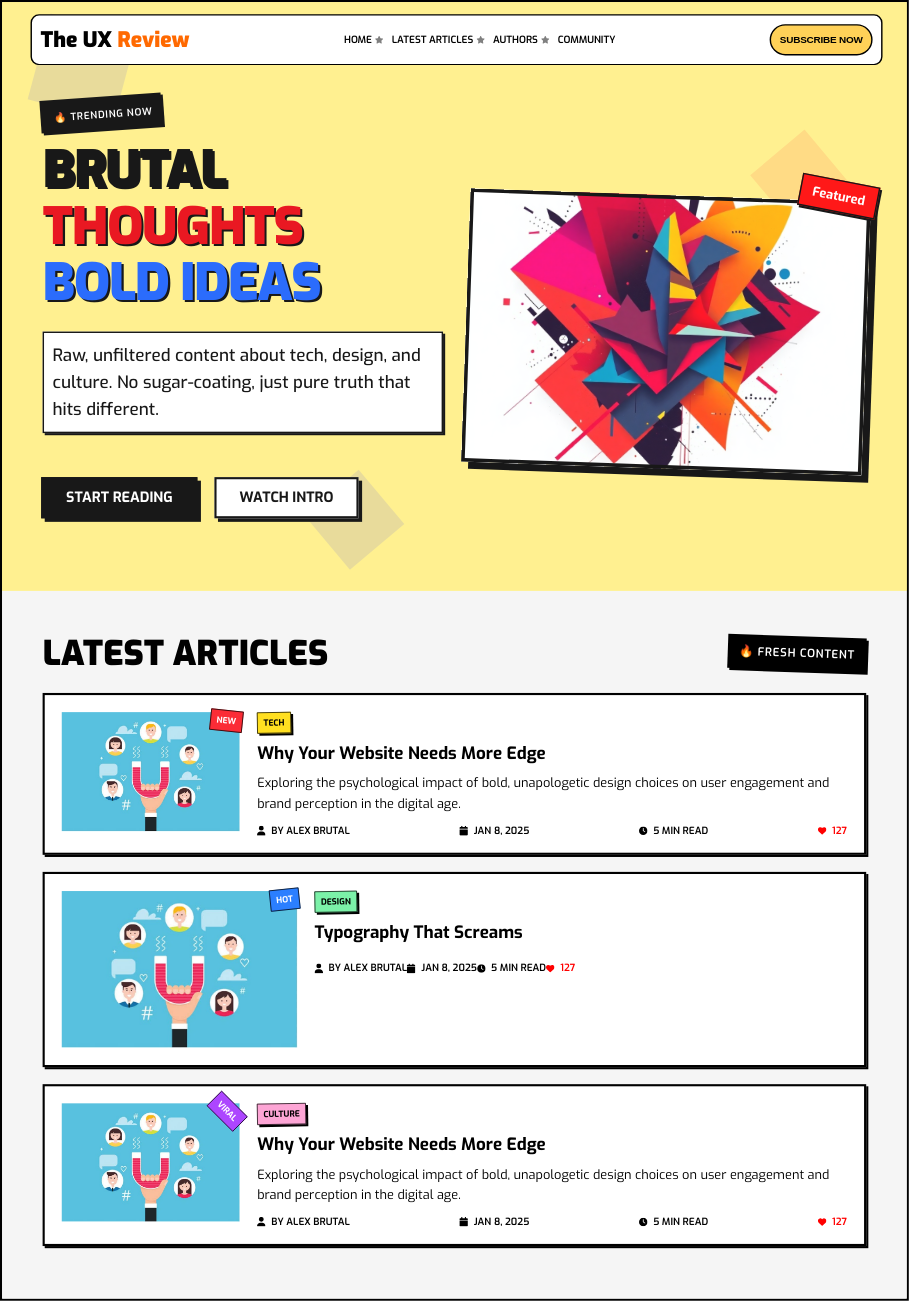
Repository: abdobadawi-ops/Route-Academy-Assignments
Page: Fourth Assignment - the-ux-review-blog/test.html
These files come from the project's save history. The page is drawn as it stood at one moment and after the next save; the edit follows.
The browser window is 1280 px wide. The pictures show the whole page, at 71% of full size.

Above is the page before, as saved 2026-05-13 02:27:04.

### Fourth Assignment - the-ux-review-blog/test.html
<!doctype html>
<html lang="en">
  <head>
    <meta charset="UTF-8" />
    <meta name="viewport" content="width=device-width, initial-scale=1.0" />
    <title>test</title>
    <link rel="preconnect" href="https://fonts.googleapis.com" />
    <link rel="preconnect" href="https://fonts.gstatic.com" crossorigin />
    <link
      href="https://fonts.googleapis.com/css2?family=Exo:ital,wght@0,100..900;1,100..900&display=swap"
      rel="stylesheet"
    />
    <link rel="stylesheet" href="./test.css" />
  </head>
  <body>
    <header class="header">
      <div class="container header__container">
        <div class="logo">
          <span class="logo-text">The UX </span>
          <span class="logo-text logo-text--orange"> Review</span>
        </div>

        <nav class="navbar">
          <ul class="navbar__links">
            <li>
              <a class="navbar__link" href="#">home</a>
              <svg
                class="svg-inline--fa fa-star text-xs text-gray-300 ml-4"
                aria-hidden="true"
                focusable="false"
                data-prefix="fas"
                data-icon="star"
                role="img"
                xmlns="http://www.w3.org/2000/svg"
                viewBox="0 0 576 512"
                data-fa-i2svg=""
              >
                <path
                  fill="currentColor"
                  d="M316.9 18C311.6 7 300.4 0 288.1 0s-23.4 7-28.8 18L195 150.3 51.4 171.5c-12 1.8-22 10.2-25.7 21.7s-.7 24.2 7.9 32.7L137.8 329 113.2 474.7c-2 12 3 24.2 12.9 31.3s23 8 33.8 2.3l128.3-68.5 128.3 68.5c10.8 5.7 23.9 4.9 33.8-2.3s14.9-19.3 12.9-31.3L438.5 329 542.7 225.9c8.6-8.5 11.7-21.2 7.9-32.7s-13.7-19.9-25.7-21.7L381.2 150.3 316.9 18z"
                ></path>
              </svg>
            </li>
            <li>
              <a class="navbar__link" href="#latest-articles"
                >Latest articles</a
              >
              <svg
                class="svg-inline--fa fa-star text-xs text-gray-300 ml-4"
                aria-hidden="true"
                focusable="false"
                data-prefix="fas"
                data-icon="star"
                role="img"
                xmlns="http://www.w3.org/2000/svg"
                viewBox="0 0 576 512"
                data-fa-i2svg=""
              >
                <path
                  fill="currentColor"
                  d="M316.9 18C311.6 7 300.4 0 288.1 0s-23.4 7-28.8 18L195 150.3 51.4 171.5c-12 1.8-22 10.2-25.7 21.7s-.7 24.2 7.9 32.7L137.8 329 113.2 474.7c-2 12 3 24.2 12.9 31.3s23 8 33.8 2.3l128.3-68.5 128.3 68.5c10.8 5.7 23.9 4.9 33.8-2.3s14.9-19.3 12.9-31.3L438.5 329 542.7 225.9c8.6-8.5 11.7-21.2 7.9-32.7s-13.7-19.9-25.7-21.7L381.2 150.3 316.9 18z"
                ></path>
              </svg>
            </li>
            <li>
              <a class="navbar__link" href="#">authors</a>
              <svg
                class="svg-inline--fa fa-star text-xs text-gray-300 ml-4"
                aria-hidden="true"
                focusable="false"
                data-prefix="fas"
                data-icon="star"
                role="img"
                xmlns="http://www.w3.org/2000/svg"
                viewBox="0 0 576 512"
                data-fa-i2svg=""
              >
                <path
                  fill="currentColor"
                  d="M316.9 18C311.6 7 300.4 0 288.1 0s-23.4 7-28.8 18L195 150.3 51.4 171.5c-12 1.8-22 10.2-25.7 21.7s-.7 24.2 7.9 32.7L137.8 329 113.2 474.7c-2 12 3 24.2 12.9 31.3s23 8 33.8 2.3l128.3-68.5 128.3 68.5c10.8 5.7 23.9 4.9 33.8-2.3s14.9-19.3 12.9-31.3L438.5 329 542.7 225.9c8.6-8.5 11.7-21.2 7.9-32.7s-13.7-19.9-25.7-21.7L381.2 150.3 316.9 18z"
                ></path>
              </svg>
            </li>
            <li>
              <a class="navbar__link" href="#">community</a>
            </li>
          </ul>
        </nav>

        <button class="header__supscribe-button">Subscribe Now</button>
      </div>
    </header>

    <section class="hero">
      <div class="container hero__container">
        <div class="hero__text-box">
          <h1 class="hero__primary-title">
            <span class="hero__title-word hero__title-word--black">Brutal</span>
            <span class="hero__title-word hero__title-word--red">Thoughts</span>
            <span class="hero__title-word hero__title-word--blue"
              >Bold Ideas</span
            >
          </h1>
          <p class="hero__description">
            Raw, unfiltered content about tech, design, and culture. No
            sugar-coating, just pure truth that hits different.
          </p>

          <div class="hero__buttons">
            <a href="#" class="btn btn--full btn--medium">Start Reading</a>
            <a href="#" class="btn btn--outline btn--medium">Watch Intro</a>
          </div>
        </div>

        <div class="hero__img-box">
          <div class="hero__img-holder"></div>
        </div>
      </div>
      <div class="square square--red square--small square--right-top"></div>
      <div class="square square--blue square--big square--left-top"></div>
      <div
        class="square square--blue square--small square--center-bottom"
      ></div>
    </section>

    <!-- articles -->
    <section class="articles" id="latest-articles">
      <div class="container articles__container">
        <header class="articles__header">
          <h2 class="articles__main-title">LATEST ARTICLES</h2>
          <p class="articles__label">🔥 FRESH CONTENT</p>
        </header>
        <div class="articles__cards">
          <article class="articles__card articles__card-first">
            <div class="articles__img-box">
              <img
                class="articles__img"
                src="./images/user-engagement-2.jpg"
                alt="user engagement"
              />
            </div>
            <div class="articles__text-box">
              <span class="articles__tag articles__tag--yellow">Tech</span>
              <h3 class="articles__title">Why Your Website Needs More Edge</h3>
              <p class="articles__description">
                Exploring the psychological impact of bold, unapologetic design
                choices on user engagement and brand perception in the digital
                age.
              </p>
              <div class="articles__info">
                <span class="articles__card-author">
                  <svg
                    class="svg-inline--fa fa-user mr-2"
                    aria-hidden="true"
                    focusable="false"
                    data-prefix="fas"
                    data-icon="user"
                    role="img"
                    xmlns="http://www.w3.org/2000/svg"
                    viewBox="0 0 448 512"
                    data-fa-i2svg=""
                  >
                    <path
                      fill="currentColor"
                      d="M224 256A128 128 0 1 0 224 0a128 128 0 1 0 0 256zm-45.7 48C79.8 304 0 383.8 0 482.3C0 498.7 13.3 512 29.7 512H418.3c16.4 0 29.7-13.3 29.7-29.7C448 383.8 368.2 304 269.7 304H178.3z"
                    ></path>
                  </svg>

                  BY ALEX BRUTAL
                </span>
                <span class="articles__card-date">
                  <svg
                    class="svg-inline--fa fa-calendar mr-2"
                    aria-hidden="true"
                    focusable="false"
                    data-prefix="fas"
                    data-icon="calendar"
                    role="img"
                    xmlns="http://www.w3.org/2000/svg"
                    viewBox="0 0 448 512"
                    data-fa-i2svg=""
                  >
                    <path
                      fill="currentColor"
                      d="M96 32V64H48C21.5 64 0 85.5 0 112v48H448V112c0-26.5-21.5-48-48-48H352V32c0-17.7-14.3-32-32-32s-32 14.3-32 32V64H160V32c0-17.7-14.3-32-32-32S96 14.3 96 32zM448 192H0V464c0 26.5 21.5 48 48 48H400c26.5 0 48-21.5 48-48V192z"
                    ></path>
                  </svg>
                  JAN 8, 2025
                </span>
                <span class="articles__card-time">
                  <svg
                    class="svg-inline--fa fa-clock mr-2"
                    aria-hidden="true"
                    focusable="false"
                    data-prefix="fas"
                    data-icon="clock"
                    role="img"
                    xmlns="http://www.w3.org/2000/svg"
                    viewBox="0 0 512 512"
                    data-fa-i2svg=""
                  >
                    <path
                      fill="currentColor"
                      d="M256 0a256 256 0 1 1 0 512A256 256 0 1 1 256 0zM232 120V256c0 8 4 15.5 10.7 20l96 64c11 7.4 25.9 4.4 33.3-6.7s4.4-25.9-6.7-33.3L280 243.2V120c0-13.3-10.7-24-24-24s-24 10.7-24 24z"
                    ></path>
                  </svg>
                  5 MIN READ
                </span>
                <span class="articles__card-likes">
                  <svg
                    class="svg-inline--fa fa-heart mr-1"
                    aria-hidden="true"
                    focusable="false"
                    data-prefix="fas"
                    data-icon="heart"
                    role="img"
                    xmlns="http://www.w3.org/2000/svg"
                    viewBox="0 0 512 512"
                    data-fa-i2svg=""
                  >
                    <path
                      fill="currentColor"
                      d="M47.6 300.4L228.3 469.1c7.5 7 17.4 10.9 27.7 10.9s20.2-3.9 27.7-10.9L464.4 300.4c30.4-28.3 47.6-68 47.6-109.5v-5.8c0-69.9-50.5-129.5-119.4-141C347 36.5 300.6 51.4 268 84L256 96 244 84c-32.6-32.6-79-47.5-124.6-39.9C50.5 55.6 0 115.2 0 185.1v5.8c0 41.5 17.2 81.2 47.6 109.5z"
                    ></path>
                  </svg>
                  127</span
                >
              </div>
            </div>
          </article>

          <!-- second article -->
          <article class="articles__card articles__card-second">
            <div class="articles__img-box">
              <img
                class="articles__img"
                src="./images/user-engagement-2.jpg"
                alt="user engagement"
              />
            </div>
            <div class="articles__text-box">
              <span class="articles__tag articles__tag--green">Design</span>
              <h3 class="articles__title">Typography That Screams</h3>
              <p class="articles__description"></p>
              <div class="articles__info">
                <span class="articles__card-author">
                  <svg
                    class="svg-inline--fa fa-user mr-2"
                    aria-hidden="true"
                    focusable="false"
                    data-prefix="fas"
                    data-icon="user"
                    role="img"
                    xmlns="http://www.w3.org/2000/svg"
                    viewBox="0 0 448 512"
                    data-fa-i2svg=""
                  >
                    <path
                      fill="currentColor"
                      d="M224 256A128 128 0 1 0 224 0a128 128 0 1 0 0 256zm-45.7 48C79.8 304 0 383.8 0 482.3C0 498.7 13.3 512 29.7 512H418.3c16.4 0 29.7-13.3 29.7-29.7C448 383.8 368.2 304 269.7 304H178.3z"
                    ></path>
                  </svg>

                  BY ALEX BRUTAL
                </span>
                <span class="articles__card-date">
                  <svg
                    class="svg-inline--fa fa-calendar mr-2"
                    aria-hidden="true"
                    focusable="false"
                    data-prefix="fas"
                    data-icon="calendar"
                    role="img"
                    xmlns="http://www.w3.org/2000/svg"
                    viewBox="0 0 448 512"
                    data-fa-i2svg=""
                  >
                    <path
                      fill="currentColor"
                      d="M96 32V64H48C21.5 64 0 85.5 0 112v48H448V112c0-26.5-21.5-48-48-48H352V32c0-17.7-14.3-32-32-32s-32 14.3-32 32V64H160V32c0-17.7-14.3-32-32-32S96 14.3 96 32zM448 192H0V464c0 26.5 21.5 48 48 48H400c26.5 0 48-21.5 48-48V192z"
                    ></path>
                  </svg>
                  JAN 8, 2025
                </span>
                <span class="articles__card-time">
                  <svg
                    class="svg-inline--fa fa-clock mr-2"
                    aria-hidden="true"
                    focusable="false"
                    data-prefix="fas"
                    data-icon="clock"
                    role="img"
                    xmlns="http://www.w3.org/2000/svg"
                    viewBox="0 0 512 512"
                    data-fa-i2svg=""
                  >
                    <path
                      fill="currentColor"
                      d="M256 0a256 256 0 1 1 0 512A256 256 0 1 1 256 0zM232 120V256c0 8 4 15.5 10.7 20l96 64c11 7.4 25.9 4.4 33.3-6.7s4.4-25.9-6.7-33.3L280 243.2V120c0-13.3-10.7-24-24-24s-24 10.7-24 24z"
                    ></path>
                  </svg>
                  5 MIN READ
                </span>
                <span class="articles__card-likes">
                  <svg
                    class="svg-inline--fa fa-heart mr-1"
                    aria-hidden="true"
                    focusable="false"
                    data-prefix="fas"
                    data-icon="heart"
                    role="img"
                    xmlns="http://www.w3.org/2000/svg"
                    viewBox="0 0 512 512"
                    data-fa-i2svg=""
                  >
                    <path
                      fill="currentColor"
                      d="M47.6 300.4L228.3 469.1c7.5 7 17.4 10.9 27.7 10.9s20.2-3.9 27.7-10.9L464.4 300.4c30.4-28.3 47.6-68 47.6-109.5v-5.8c0-69.9-50.5-129.5-119.4-141C347 36.5 300.6 51.4 268 84L256 96 244 84c-32.6-32.6-79-47.5-124.6-39.9C50.5 55.6 0 115.2 0 185.1v5.8c0 41.5 17.2 81.2 47.6 109.5z"
                    ></path>
                  </svg>
                  127</span
                >
              </div>
            </div>
          </article>

          <!-- third article -->
          <article class="articles__card articles__card-third">
            <div class="articles__img-box">
              <img
                class="articles__img"
                src="./images/user-engagement-2.jpg"
                alt="user engagement"
              />
            </div>
            <div class="articles__text-box">
              <span class="articles__tag articles__tag--pink">Culture</span>
              <h3 class="articles__title">Why Your Website Needs More Edge</h3>
              <p class="articles__description">
                Exploring the psychological impact of bold, unapologetic design
                choices on user engagement and brand perception in the digital
                age.
              </p>
              <div class="articles__info">
                <span class="articles__card-author">
                  <svg
                    class="svg-inline--fa fa-user mr-2"
                    aria-hidden="true"
                    focusable="false"
                    data-prefix="fas"
                    data-icon="user"
                    role="img"
                    xmlns="http://www.w3.org/2000/svg"
                    viewBox="0 0 448 512"
                    data-fa-i2svg=""
                  >
                    <path
                      fill="currentColor"
                      d="M224 256A128 128 0 1 0 224 0a128 128 0 1 0 0 256zm-45.7 48C79.8 304 0 383.8 0 482.3C0 498.7 13.3 512 29.7 512H418.3c16.4 0 29.7-13.3 29.7-29.7C448 383.8 368.2 304 269.7 304H178.3z"
                    ></path>
                  </svg>

                  BY ALEX BRUTAL
                </span>
                <span class="articles__card-date">
                  <svg
                    class="svg-inline--fa fa-calendar mr-2"
                    aria-hidden="true"
                    focusable="false"
                    data-prefix="fas"
                    data-icon="calendar"
                    role="img"
                    xmlns="http://www.w3.org/2000/svg"
                    viewBox="0 0 448 512"
                    data-fa-i2svg=""
                  >
                    <path
                      fill="currentColor"
                      d="M96 32V64H48C21.5 64 0 85.5 0 112v48H448V112c0-26.5-21.5-48-48-48H352V32c0-17.7-14.3-32-32-32s-32 14.3-32 32V64H160V32c0-17.7-14.3-32-32-32S96 14.3 96 32zM448 192H0V464c0 26.5 21.5 48 48 48H400c26.5 0 48-21.5 48-48V192z"
                    ></path>
                  </svg>
                  JAN 8, 2025
                </span>
                <span class="articles__card-time">
                  <svg
                    class="svg-inline--fa fa-clock mr-2"
                    aria-hidden="true"
                    focusable="false"
                    data-prefix="fas"
                    data-icon="clock"
                    role="img"
                    xmlns="http://www.w3.org/2000/svg"
                    viewBox="0 0 512 512"
                    data-fa-i2svg=""
                  >
                    <path
                      fill="currentColor"
                      d="M256 0a256 256 0 1 1 0 512A256 256 0 1 1 256 0zM232 120V256c0 8 4 15.5 10.7 20l96 64c11 7.4 25.9 4.4 33.3-6.7s4.4-25.9-6.7-33.3L280 243.2V120c0-13.3-10.7-24-24-24s-24 10.7-24 24z"
                    ></path>
                  </svg>
                  5 MIN READ
                </span>
                <span class="articles__card-likes">
                  <svg
                    class="svg-inline--fa fa-heart mr-1"
                    aria-hidden="true"
                    focusable="false"
                    data-prefix="fas"
                    data-icon="heart"
                    role="img"
                    xmlns="http://www.w3.org/2000/svg"
                    viewBox="0 0 512 512"
                    data-fa-i2svg=""
                  >
                    <path
                      fill="currentColor"
                      d="M47.6 300.4L228.3 469.1c7.5 7 17.4 10.9 27.7 10.9s20.2-3.9 27.7-10.9L464.4 300.4c30.4-28.3 47.6-68 47.6-109.5v-5.8c0-69.9-50.5-129.5-119.4-141C347 36.5 300.6 51.4 268 84L256 96 244 84c-32.6-32.6-79-47.5-124.6-39.9C50.5 55.6 0 115.2 0 185.1v5.8c0 41.5 17.2 81.2 47.6 109.5z"
                    ></path>
                  </svg>
                  127</span
                >
              </div>
            </div>
          </article>
        </div>

        <!-- trending -->
        <div class="articles__trending">
          <div class="articles__trend">
            <div class="articles__trend-no"></div>
            <div class="articles__trend-text">
              <h3 class="articles__trend-title"></h3>
              <div class="articles__trend-info">
                <span class="articles__trend-reads"></span>
                <span class="articles__trend-label"></span>
              </div>
            </div>
          </div>
        </div>
        <!-- categories -->
        <div class="articles__categories">
          <ul class="articles__categories-list">
            <li class="articles__categories-item"></li>
            <li class="articles__categories-item"></li>
            <li class="articles__categories-item"></li>
            <li class="articles__categories-item"></li>
            <li class="articles__categories-item"></li>
          </ul>
        </div>
      </div>
    </section>
  </body>
</html>

Loaded but not shown: Fourth Assignment - the-ux-review-blog/test.css (507 lines, source omitted)

After the next save:
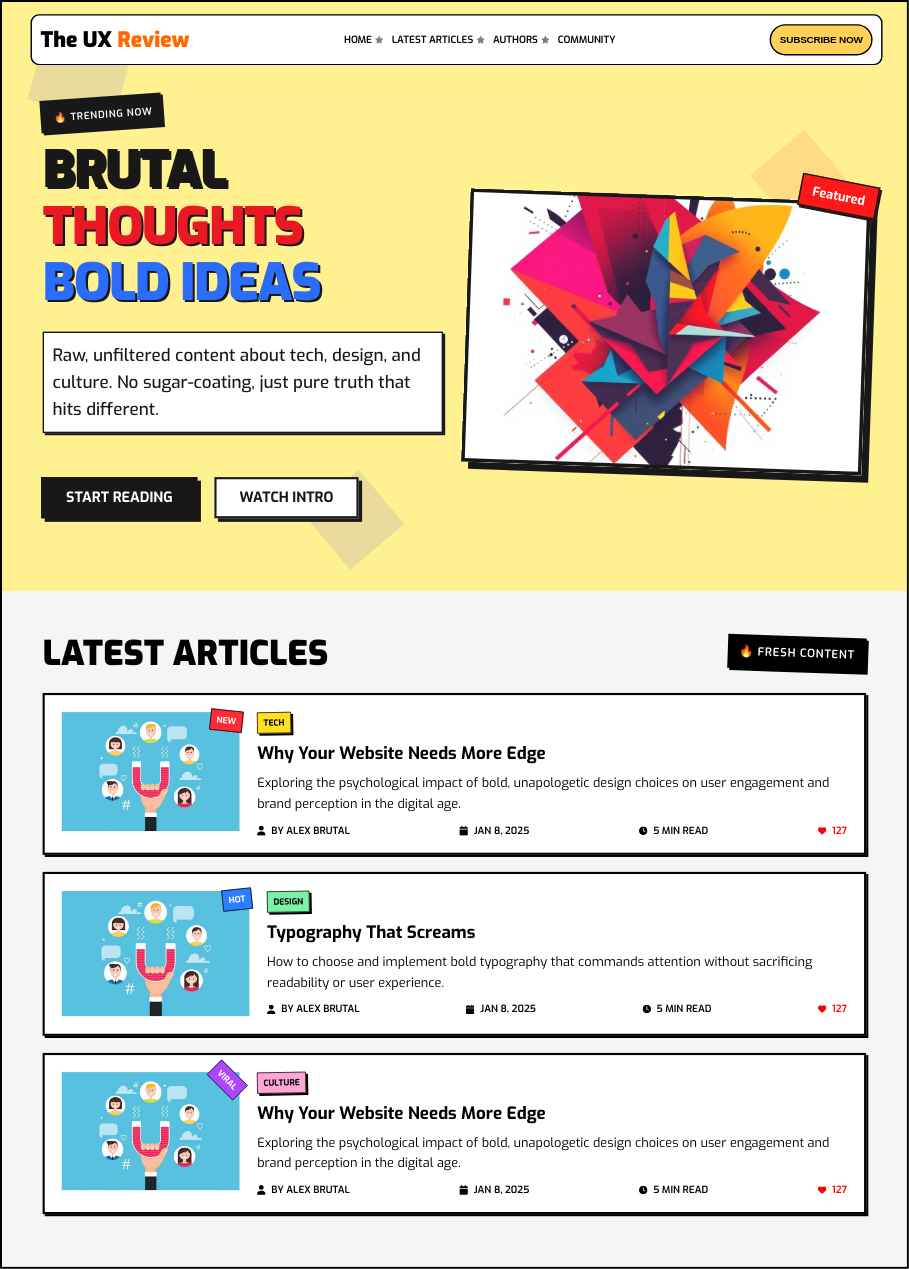
Saved 5 s later.
--- a/Fourth Assignment - the-ux-review-blog/test.html
+++ b/Fourth Assignment - the-ux-review-blog/test.html
@@ -241,7 +241,10 @@
             <div class="articles__text-box">
               <span class="articles__tag articles__tag--green">Design</span>
               <h3 class="articles__title">Typography That Screams</h3>
-              <p class="articles__description"></p>
+              <p class="articles__description">
+                How to choose and implement bold typography that commands
+                attention without sacrificing readability or user experience.
+              </p>
               <div class="articles__info">
                 <span class="articles__card-author">
                   <svg
